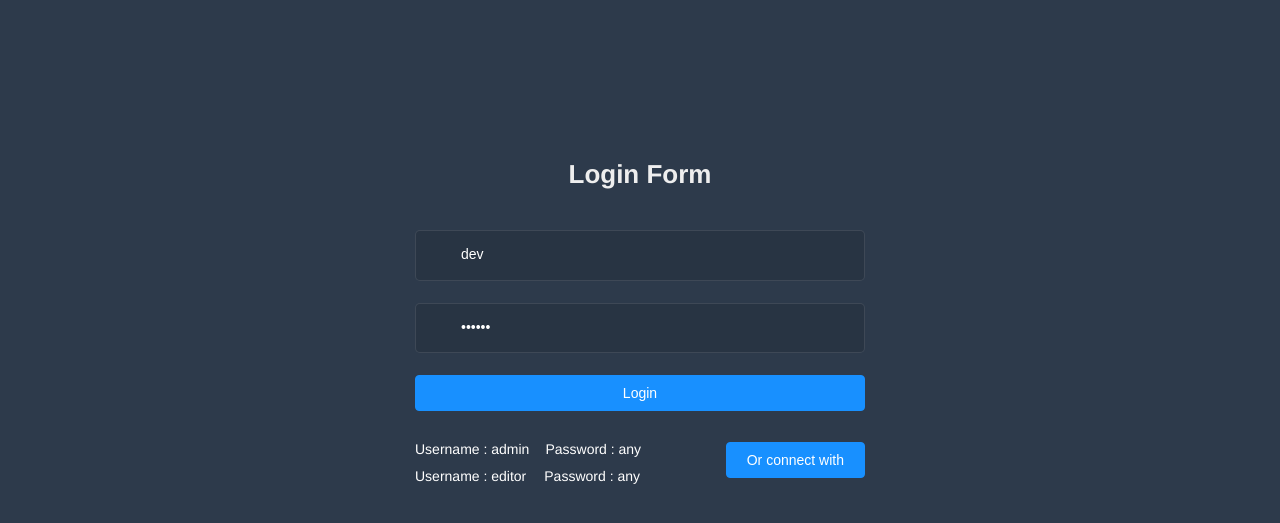
Repository: fangjionghao1/mpsFPages
Page: /
These files come from the project's save history. The page is drawn as it stood at one moment and after the next save; the edit follows.
The browser window is 1280 px wide. The pictures show the whole page.
The project was rebuilt for these pictures with package versions that can differ from the ones it lists, and the page was loaded fresh each time. Also part of the build but not shown: vue.config.js, src/components/RightPanel/index.vue, src/layout/components/AppMain.vue, src/components/Breadcrumb/index.vue, src/components/Hamburger/index.vue, src/components/ErrorLog/index.vue, src/components/Screenfull/index.vue, src/components/SizeSelect/index.vue and 17 more.

Above is the page before, as saved 2023-02-10 11:47:00.

After the next save:
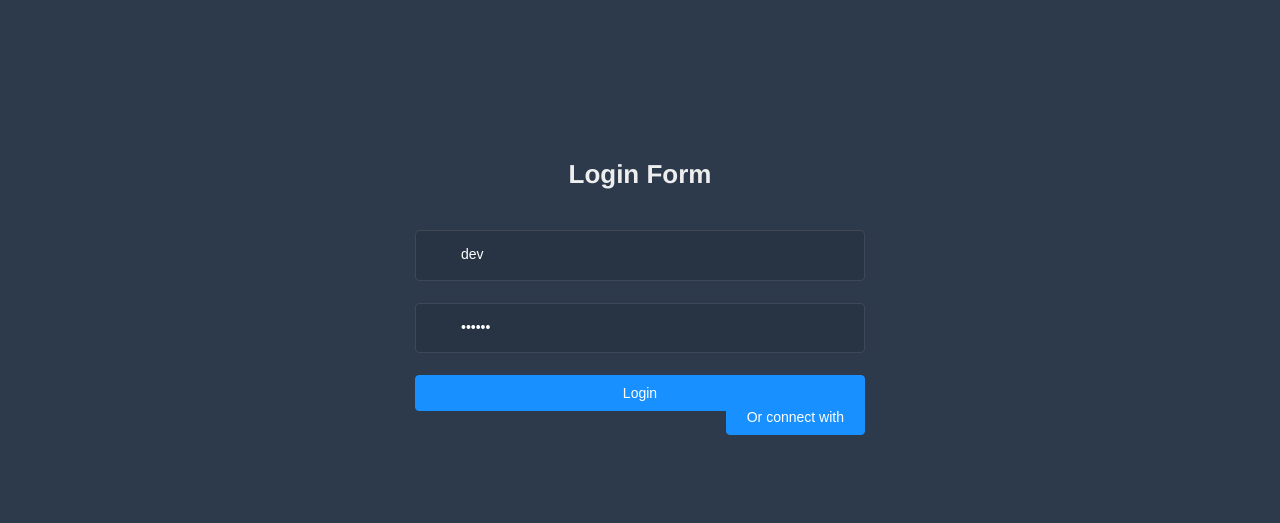
Saved 6 min 54 s later.
--- a/src/views/login/index.vue
+++ b/src/views/login/index.vue
@@ -48,14 +48,14 @@
       <el-button :loading="loading" type="primary" style="width:100%;margin-bottom:30px;" @click.native.prevent="handleLogin">Login</el-button>
 
       <div style="position:relative">
-        <div class="tips">
+        <!-- <div class="tips">
           <span>Username : admin</span>
           <span>Password : any</span>
         </div>
         <div class="tips">
           <span style="margin-right:18px;">Username : editor</span>
           <span>Password : any</span>
-        </div>
+        </div> -->
 
         <el-button class="thirdparty-button" type="primary" @click="showDialog=true">
           Or connect with
@@ -115,6 +115,7 @@ export default {
   watch: {
     $route: {
       handler: function(route) {
+        console.log("handler route",route.query.redirect);
         const query = route.query
         if (query) {
           this.redirect = query.redirect
